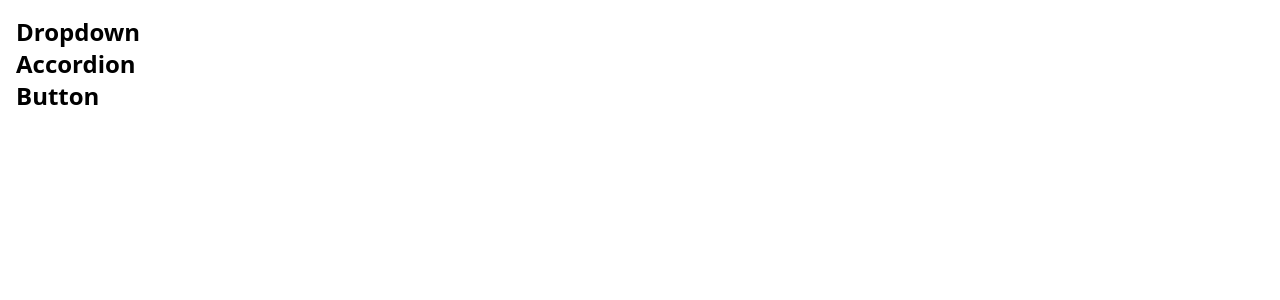
Repository: Marhamat92/reactroutefromstephen
Page: /
An editor plug-in stored every save of this project. The page is shown before and after the next save, followed by the edit.
The browser window is 1280 px wide. The pictures show the whole page.
The project was rebuilt for these pictures with package versions that can differ from the ones it lists, and the page was loaded fresh each time. Also part of the build but not shown: src/App.css, src/components/Dropdowns/DropDown.tsx, src/pages/dropdown/DropdownPage.tsx, src/components/Accordion/Accordion.tsx, src/pages/accordion/AccordionPage.tsx, src/components/Buttons/Button.tsx, src/pages/buttons/ButtonPage.tsx.

Above is the page before, as saved 2023-01-02 12:38:52.

### src/index.tsx
import React from "react";
import ReactDOM from "react-dom/client";
import "./index.css";
import App from "./App";
import { NavigationProvider } from "./context/NavigationContext";

const root = ReactDOM.createRoot(
  document.getElementById("root") as HTMLElement
);
root.render(
  <React.StrictMode>
    <NavigationProvider>
      <App />
    </NavigationProvider>
  </React.StrictMode>
);

### src/App.tsx
import React from "react";
import "./App.css";
import Route from "./Routes/Route";
import DropdownPage from "./pages/dropdown/DropdownPage";
import Accordion from "./components/Accordion/Accordion";
import AccordionPage from "./pages/accordion/AccordionPage";
import ButtonPage from "./pages/buttons/ButtonPage";
import Sidebar from "./components/Sidebar/Sidebar";

function App() {
  return (
    <div className='grid grid-cols-6'>
      <div className='col-span-1 pl-4 pt-4'>
        <Sidebar />
      </div>
      <div className='col-span-5 pt-4'>
        <Route path='/dropdown'>
          <DropdownPage />
        </Route>
        <Route path='/accordion'>
          <AccordionPage />
        </Route>
        <Route path='/button'>
          <ButtonPage />
        </Route>
      </div>
    </div>
  );
}

export default App;

### src/context/NavigationContext.js
import { createContext, useEffect, useState } from "react";

//we create a context to pass the current
const NavigationContext = createContext();



function NavigationProvider({ children }) {

  const [currentPath, setCurrentPath] = useState(window.location.pathname); //initial value of currentPath


  //we create below function to update the currentPath when the user clicks on the back button, forward button or when the user types a new url in the browser
  //we use useEffect to add an event listener to the window object, and we return a function to remove the event listener
  //this is to prevent page from reloading when the user clicks on the back button or forward button
  useEffect(() => {
    const handler = () => {
      setCurrentPath(window.location.pathname)
    }
    window.addEventListener('popstate', handler)
    return () => window.removeEventListener('popstate', handler)
  }, [])



  //we create below function to update the currentPath when the user clicks on a link
  const navigate = (path) => {
    window.history.pushState({}, "", path)
    setCurrentPath(path)
  }

  //we create a context provider to pass the currentPath and navigate function to the children components
  return (
    <NavigationContext.Provider value={{ currentPath, navigate }}>
      {children}
    </NavigationContext.Provider>
  );
}


export { NavigationProvider };
export default NavigationContext;

### src/Routes/Route.js
import React from 'react'
import useNavigation from '../hooks/navigation-hook'


function Route({ path, children }) {
  const { currentPath } = useNavigation()

  if (currentPath === path) {
    return children
  } else {
    return null
  }
}

export default Route

### src/components/Sidebar/Sidebar.tsx
import React from "react";
import Link from "../Link/Link";

type Props = {};

function Sidebar({}: Props) {
  const links = [
    { to: "/dropdown", label: "Dropdown" },
    { to: "/accordion", label: "Accordion" },
    { to: "/button", label: "Button" },
  ];

  const renderedLinks = links.map((link) => {
    return (
      <Link key={link.label} to={link.to}>
        {link.label}
      </Link>
    );
  });

  return <div>{renderedLinks}</div>;
}

export default Sidebar;

### src/hooks/navigation-hook.js
import { useContext } from 'react'
import NavigationContext from '../context/NavigationContext'

function useNavigation() {
  return useContext(NavigationContext)
}

export default useNavigation

### src/components/Link/Link.tsx
import React from "react";
import useNavigation from "../../hooks/navigation-hook";
import classNames from "classnames";

type Props = {
  children: React.ReactNode;
  to: string;
};

function Link({ children, to }: Props) {
  const { navigate, currentPath } = useNavigation();
  const isActive = currentPath === to;

  const linkClasses = classNames(
    "text-2xl font-bold flex flex-col",
    isActive &&
      "text-green-500 border-green-500 border-t-0 border-l-4 border-r-2 border-r-0 border-b-0 pl-2"
  );

  const handleClick = (e: React.MouseEvent<HTMLAnchorElement>) => {
    if (e.metaKey || e.ctrlKey) return;

    e.preventDefault();
    navigate(to);
  };

  return (
    <a className={linkClasses} href={to} onClick={handleClick}>
      {children}
    </a>
  );
}

export default Link;

Loaded but not shown: public/index.html (common file); src/index.css (common file); tailwind.config.js (common file)

After the next save:
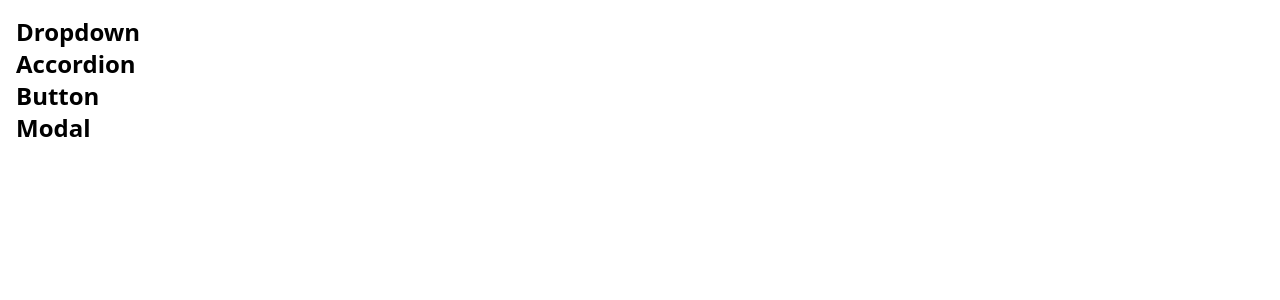
Saved 5 min 9 s later.
--- a/src/components/Sidebar/Sidebar.tsx
+++ b/src/components/Sidebar/Sidebar.tsx
@@ -8,6 +8,7 @@ function Sidebar({}: Props) {
     { to: "/dropdown", label: "Dropdown" },
     { to: "/accordion", label: "Accordion" },
     { to: "/button", label: "Button" },
+    { to: "/modal", label: "Modal" },
   ];
 
   const renderedLinks = links.map((link) => {
